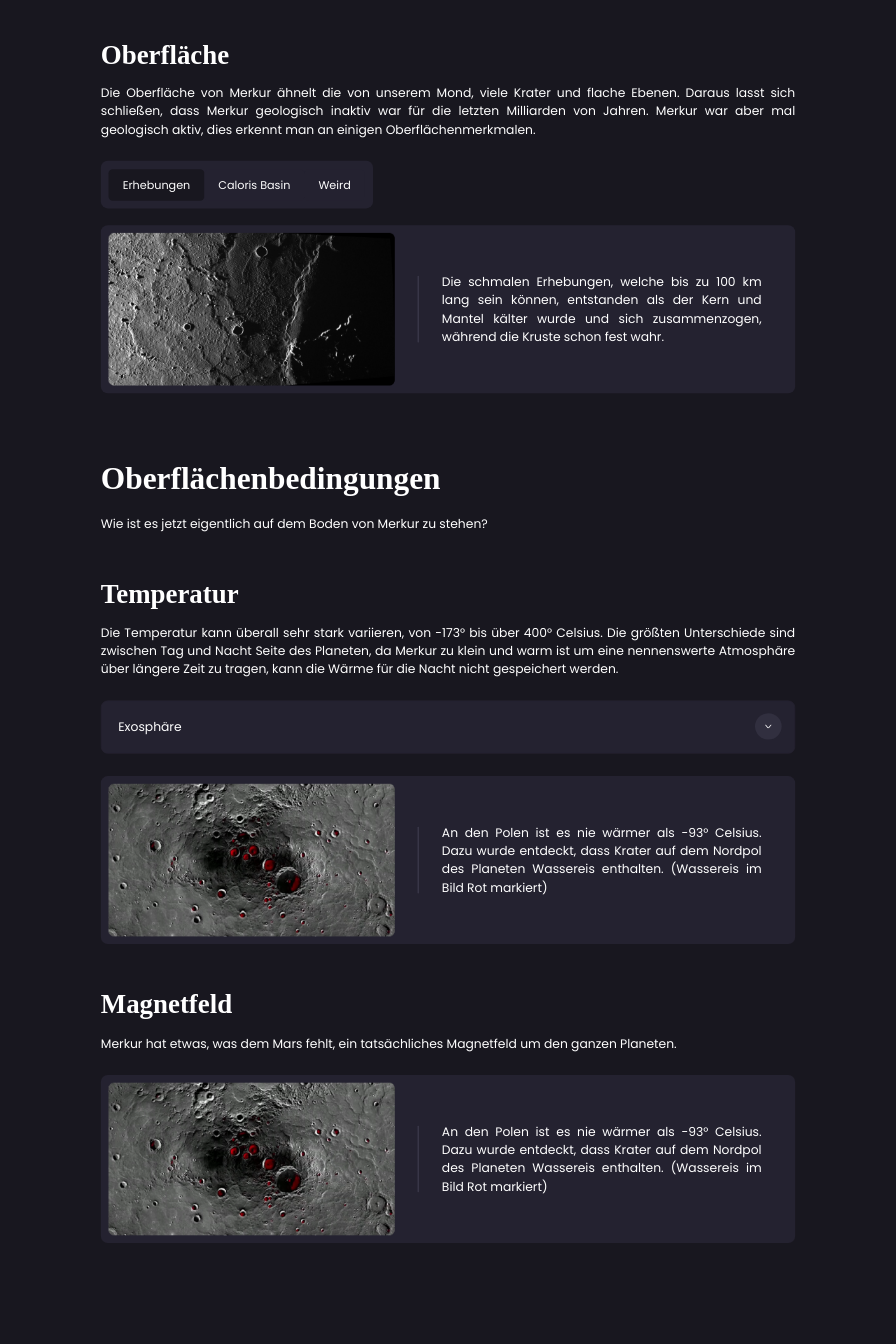
Repository: moreno-livak/solar
Page: dist/html/merkur.html
An editor plug-in stored every save of this project. The page is shown before and after the next save, followed by the edit.
The browser window is 1280 px wide. The pictures show the part of the page from y = 1774 to 3694 px (the page is 3694 px tall), at 70% of full size.
The style sheet was rebuilt from its Sass, Less or Tailwind sources for each picture, by a compiler version that may differ from the author's.

Above is the page before, as saved 2022-05-07 13:40:29.

After the next save:
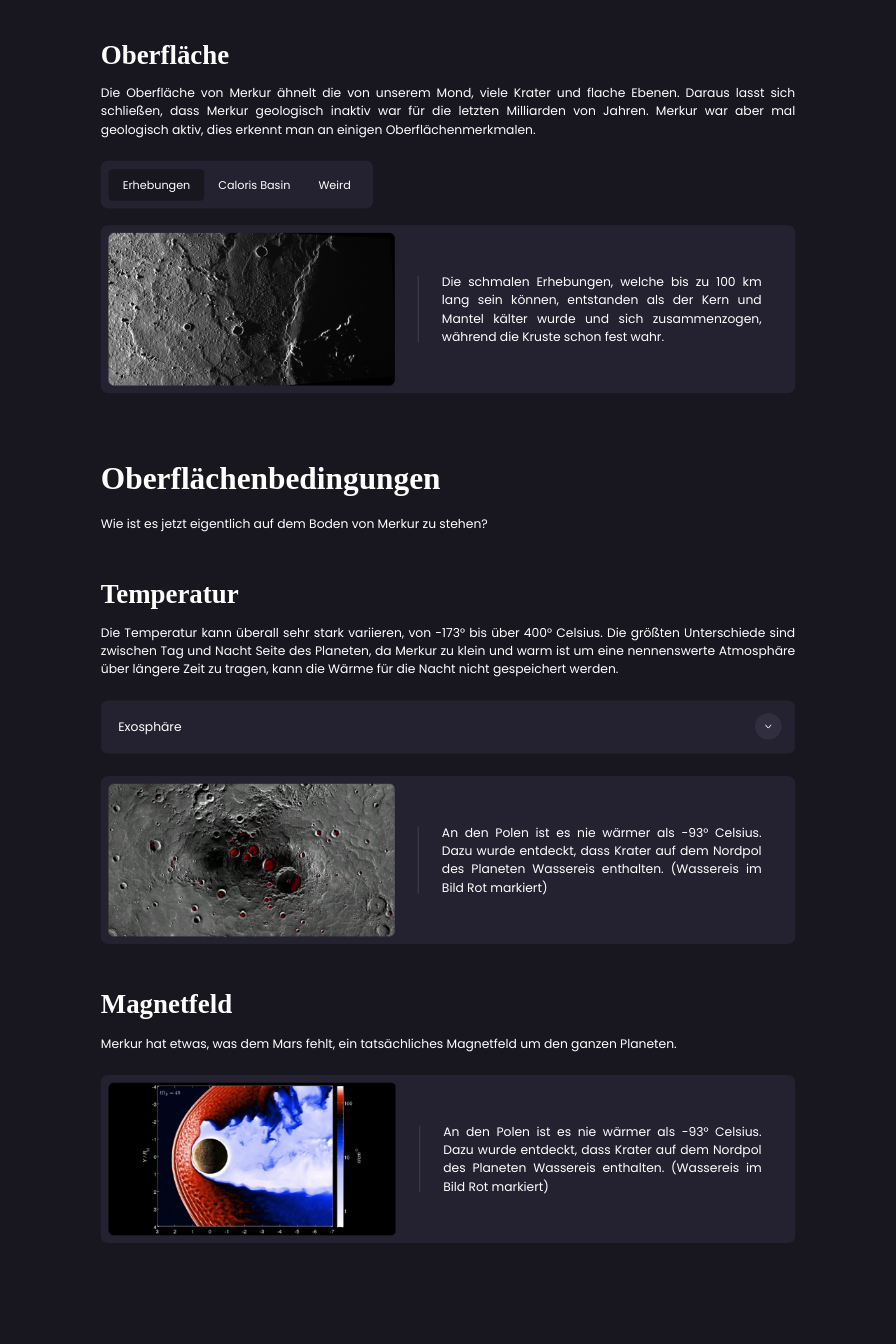
Saved 38 s later.
--- a/dist/html/merkur.html
+++ b/dist/html/merkur.html
@@ -185,7 +185,7 @@
       Magnetfeld um den ganzen Planeten.</p>
 
     <div class="content">
-      <img src="../assets/Merkur/Wassereis.png" alt="Wassereis an den Polen">
+      <img src="../assets/Merkur/Magnetfeld.png" alt="Merkur Magnetfeld">
       <div class="vl"></div>
       <p>An den Polen ist es nie wärmer als -93° Celsius. Dazu wurde entdeckt,
         dass Krater auf dem Nordpol des Planeten Wassereis enthalten.
